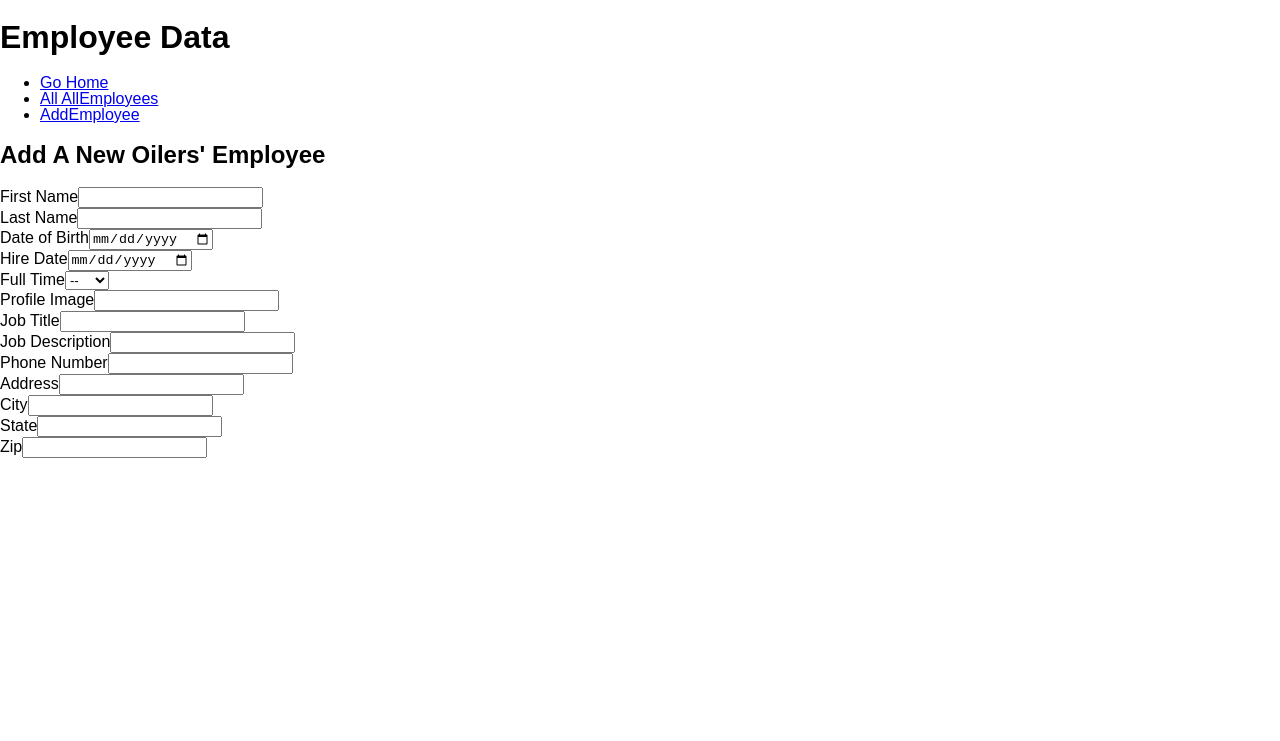
Repository: rh1456/employee-directory
Page: /2
These files come from the project's save history. The page is drawn as it stood at one moment and after a run of saves; the edit follows.
The browser window is 1280 px wide. The pictures show the whole page.
The project was rebuilt for these pictures with package versions that can differ from the ones it lists, and the page was loaded fresh each time. Also part of the build but not shown: src/components/HelloWorld.jsx, src/pages/HomePage.jsx, src/pages/NotFound.jsx, src/pages/AllEmployees.jsx.

Above is the page before, as saved 2019-12-07 15:04:34.

After the next 2 saves:
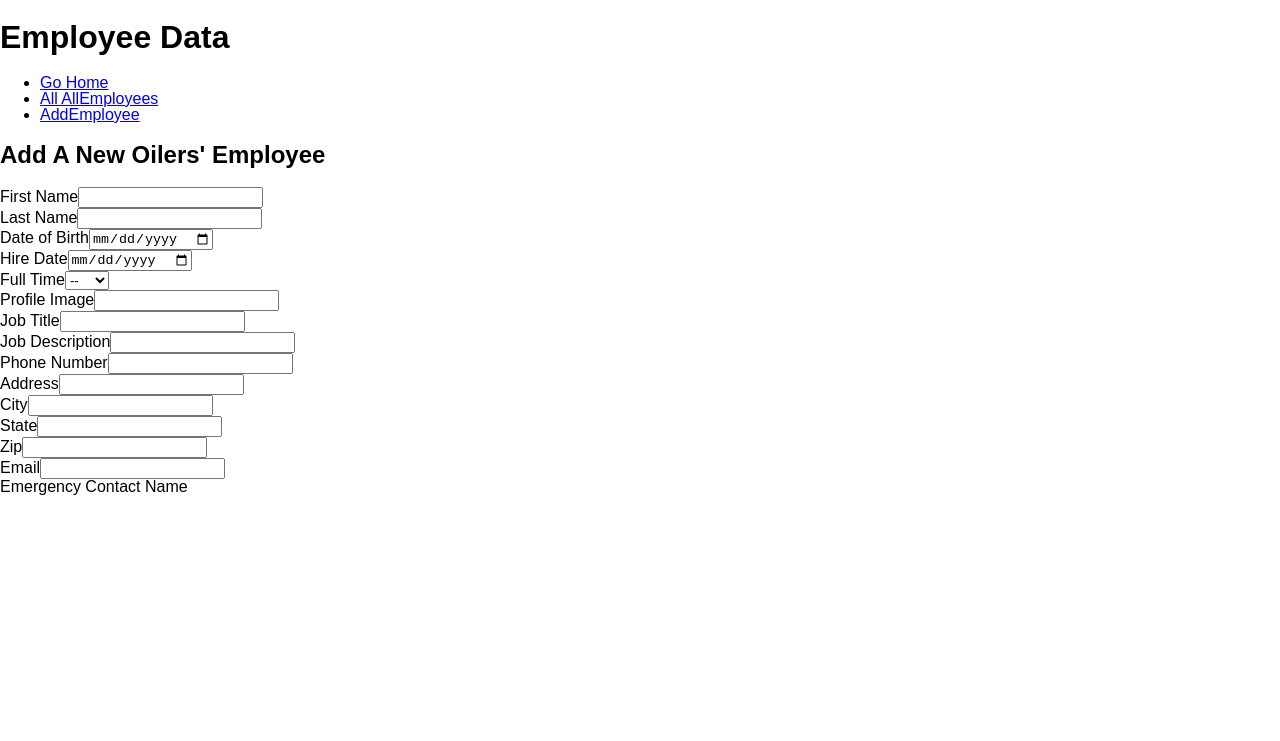
The 2 saves are shown as one change because 1 did not build or start.
The last was saved 8 min 44 s later.
--- a/src/pages/AddEmployee.jsx
+++ b/src/pages/AddEmployee.jsx
@@ -193,6 +193,21 @@
                 value={zip}
               />
             </section>
+            <section className="employeeLabel">
+              <label htmlfor="email">Email</label>
+              <input
+                onChange={e => {
+                  setEmail(e.target.value)
+                }}
+                type="text"
+                value={email}
+              />
+            </section>
+            <section className="employeeLabel">
+              <label htmlFor="emergencyContactName">
+                Emergency Contact Name
+              </label>
+            </section>
           </section>
         </form>
       </main>
